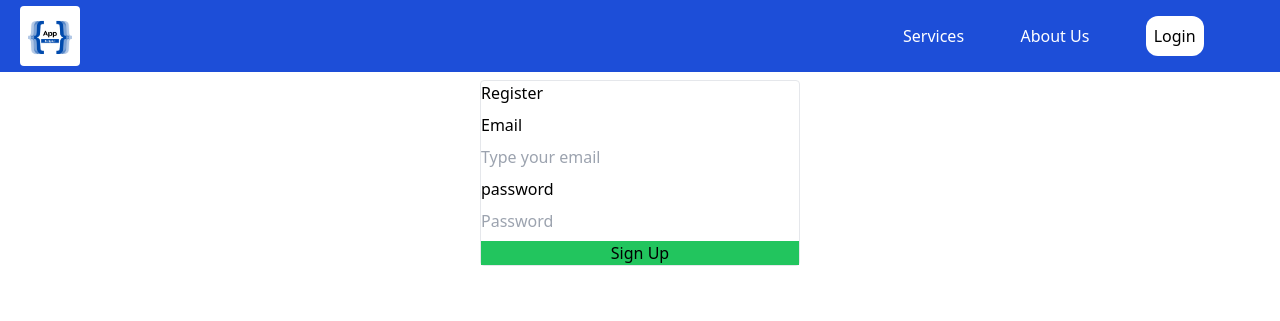
Repository: Cotizacionact/appscriptersvelte
Page: /Auth
These files come from the project's save history. The page is drawn as it stood at one moment and after a run of saves; the edit follows.
The browser window is 1280 px wide. The pictures show the whole page.
The page's requests for data from a server got no answer. The project was rebuilt for these pictures with package versions that can differ from the ones it lists, and the page was loaded fresh each time. The framework's server and built-in components were replaced by stand-ins that run in the browser. No one was signed in, and anything a server would have sent is missing. Also part of the build but not shown: svelte.config.js, vite.config.ts.

Above is the page before, as saved 2023-08-20 02:14:03.

### src/routes/+layout.svelte
<script>
	import PublicNav from "$lib/Public/Navegation/PublicNav.svelte";
    import "../app.css";
</script>
<PublicNav></PublicNav>
  <slot />

### src/routes/Auth/+page.svelte
<script lang="ts">
	import Register from "./register.svelte";
    import type {Component} from "$lib"

    let state:number = 0

    let StateHandler:{[key:number]:Component} = {
        0:Register
    }
</script>

<svelte:component this={StateHandler[state]}></svelte:component>

### src/routes/Auth/+page.server.ts
import { supabase } from "../../supabaseClient";
import { fail, redirect, type Actions } from "@sveltejs/kit";
import { AuthApiError } from "@supabase/supabase-js";




export const actions: Actions = {
    register:async ({request,locals})=>{
        const body = Object.fromEntries(await request.formData())
        const {data,error:err} = await supabase.auth.signUp({
            email:body.email as string,
            password:body.password as string
        })

        if(err){
            if(err instanceof AuthApiError && err.status === 400){
                return fail(400,{
                    error:"Invalid email or password"
                })
            }
            return fail(500, {error:"Server error. Please try again later."})
        }
        throw redirect(303, "/Private")
    }
};

### src/lib/Public/Navegation/PublicNav.svelte
<script>
    let show = false

</script>

<header class="w-full flex items-center justify-between bg-[#1d4ed8] p-5 h-[10vh]">
    <img src="/Images/Logo_Original.png" width={60} class="rounded bg-white p-2" alt="Logo"/>
    <div class=" hidden sm:flex w-1/3 justify-evenly text-white items-center">
        <p>Services</p>
        <p>About Us</p>
        <p class="bg-white text-black p-2 rounded-xl">Login</p>
    </div>
    <div class="space-y-2 border p-2 rounded sm:hidden">
      <div class="w-8 h-1 bg-white"></div>
      <div class="w-8 h-1 bg-white"></div>
      <div class="w-8 h-1 bg-white"></div>
    </div>
    {#if show=== true}
    <div class="absolute w-1/3 bg-white border right-0 bottom-[-100%] rounded p-2">
      <p class="border-b text-center hover:bg-gray-200 hover:rounded">Services</p>
      <p class="border-b text-center hover:bg-gray-200 hover:rounded">About Us</p>
      <p class="text-center bg-green-500 hover:bg-green-700 rounded font-bold text-white">Login</p>
    </div>
   {/if}
</header>

### src/routes/Auth/register.svelte
<script lang="ts">

</script>

<main class="flex justify-center">
    <form action="?/register" method="POST" class="flex flex-col md:w-1/4 border rounded my-2 space-y-2">
        <h1>Register</h1>
        <label for="email">Email</label>
        <input type="text" name="email" id="email" placeholder="Type your email"/>
        <label for="password">password</label>
        <input type="password" name="password" id="password" placeholder="Password"/>
        <button class="bg-green-500">Sign Up</button>
    </form>
</main>

### src/supabaseClient.ts

import { PUBLIC_SUPABASE_ANON_KEY, PUBLIC_SUPABASE_URL } from '$env/static/public'
import { createClient } from '@supabase/supabase-js'

// Create a single supabase client for interacting with your database
export const supabase = createClient(PUBLIC_SUPABASE_URL, PUBLIC_SUPABASE_ANON_KEY)

Loaded but not shown: src/app.html (common file); src/app.css (common file); tailwind.config.js (common file)

After the next 2 saves:
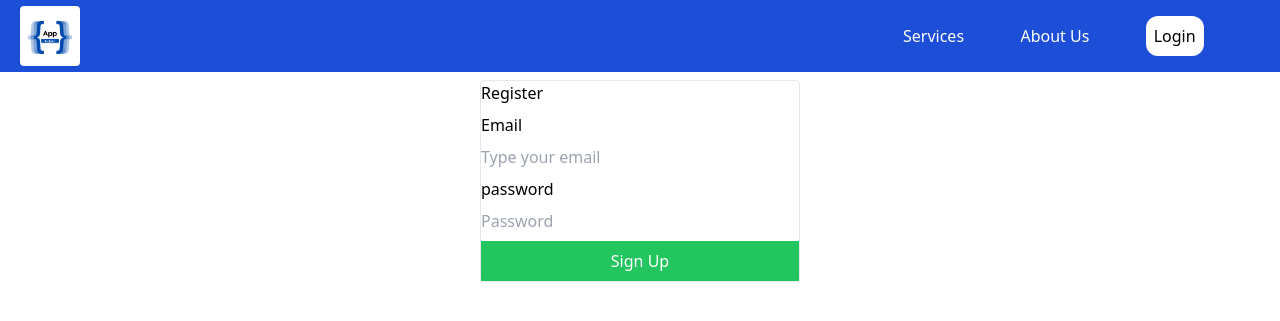
The 2 saves are shown as one change because they came seconds apart.
The last was saved 6 s later.
--- a/src/routes/Auth/register.svelte
+++ b/src/routes/Auth/register.svelte
@@ -9,6 +9,6 @@
         <input type="text" name="email" id="email" placeholder="Type your email"/>
         <label for="password">password</label>
         <input type="password" name="password" id="password" placeholder="Password"/>
-        <button class="bg-green-500">Sign Up</button>
+        <button class="bg-green-500 text-white p-2 ">Sign Up</button>
     </form>
 </main>
